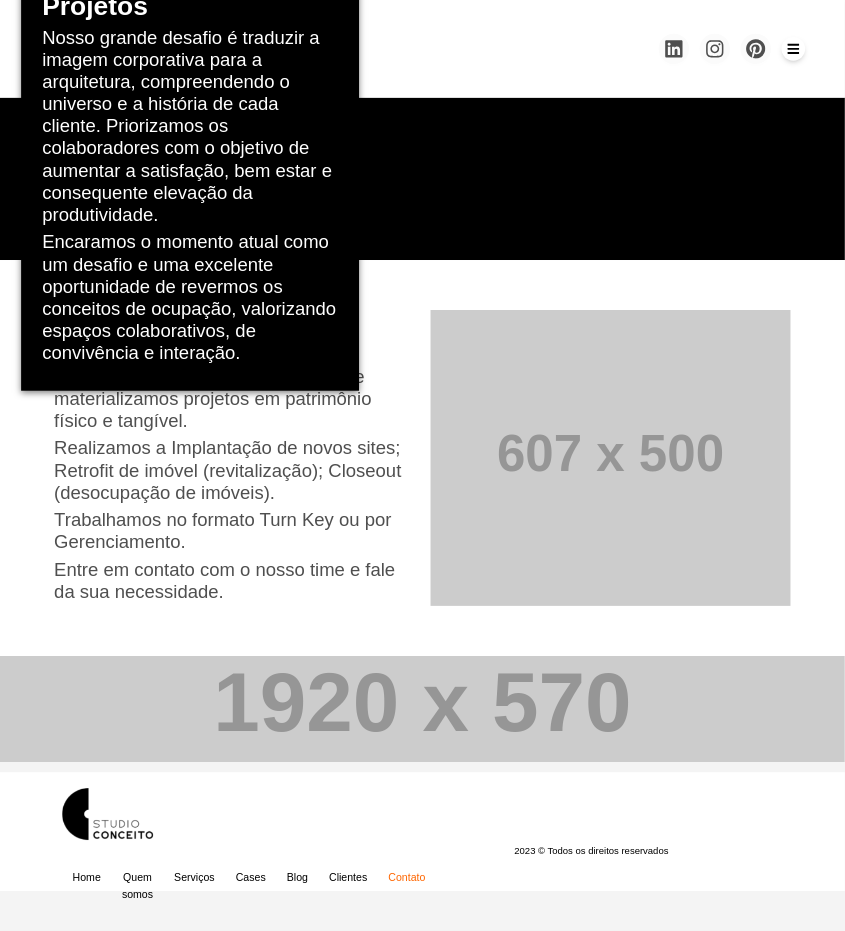
Repository: Upstairs-Agencia/studio-conceito-react
Page: /servicos
An editor plug-in stored every save of this project. The page is shown before and after the next save, followed by the edit.
The browser window is 1280 px wide. The pictures show the whole page, at 66% of full size.
The project was rebuilt for these pictures with package versions that can differ from the ones it lists, and the page was loaded fresh each time. Also part of the build but not shown: src/pages/Home.js, src/pages/QuemSomos.js, src/pages/Cases.js, src/pages/Blog.js, src/pages/Clientes.js, src/pages/Contato.js.

Above is the page before, as saved 2024-12-29 03:14:56.

After the next save:
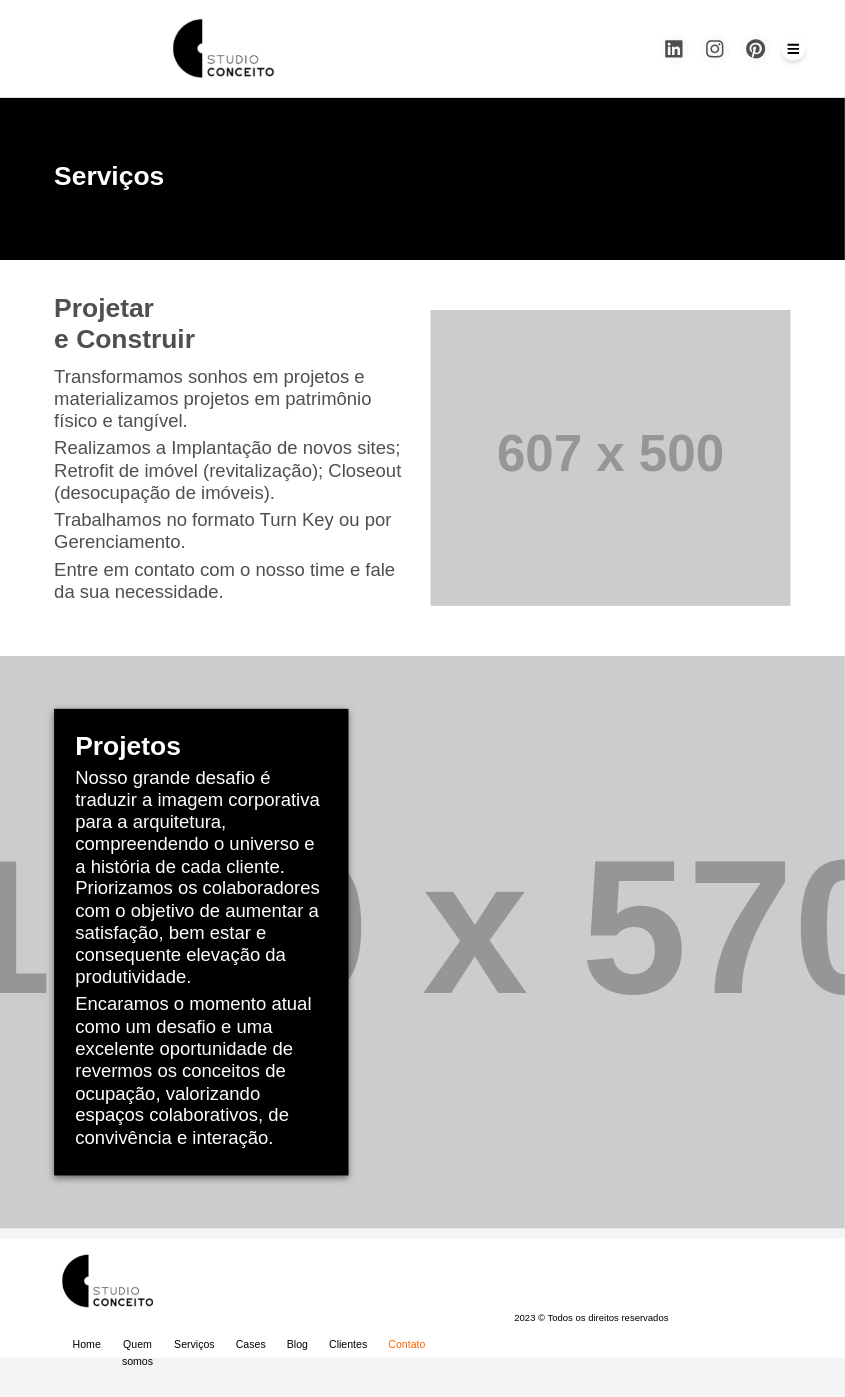
Saved 15 s later.
--- a/src/pages/Servicos.js
+++ b/src/pages/Servicos.js
@@ -71,7 +71,6 @@ const Servicos = () => {
               color: "white",
               padding: "2rem",
               width: "40%",
-              position: 'absolute',
               bottom: "8rem", // Faz o retângulo subir sobre a imagem de fundo
               left: "2rem", // Margem à esquerda
               height: "auto", // Aumenta a altura com base no conteúdo
